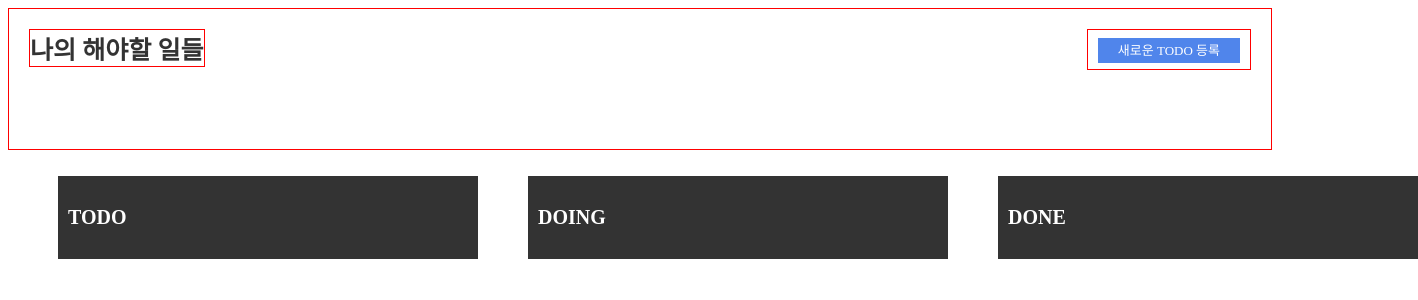
Repository: estellechoi/jsp-project-todo
Page: http://localhost/todo/MainServlet
The author's editor kept a copy of each file at every save. The page is drawn from the files as they stood at one save, then again after a run of saves.
The browser window is 1280 px wide. The page is 1418 px wide, so the pictures cover 1418 px, including what lies to the right of the window. The pictures show the whole page.
The page is served by Tomcat 9. Other server files are loaded and not shown. Queries for data that is not in the repository find no rows.

Above is the page before, as saved 2019-12-08 07:53:11.

### todo/src/main/webapp/jsp/main.jsp
<%@page import="kr.co.todo.dto.TodoDto"%>
<%@page import="java.util.List"%>
<%@ page language="java" contentType="text/html; charset=UTF-8"
    pageEncoding="UTF-8"%>
<%@ taglib prefix="c" uri="http://java.sun.com/jsp/jstl/core" %>

<!DOCTYPE html>
<html>
<head>
<meta charset="UTF-8">
<title>나의 해야할 일들</title>
<style>
	section {
		display: flex;
	}

	ul {
		margin-left: 10px;
	}

	li {
		list-style-type: none;
		margin-top: 10px;
	}

	header {
  		height: 100px;
 		padding: 20px 20px 20px 20px;
		border: 1px solid red;
	}

	#header_logo {
		color: #333333;
		font-weight: bold;
		font-size: 25px;
		float: left;
		border: 1px solid red;
	}

	#header_btns {
		float: right;
		padding: 10px;
		border: 1px solid red;
	}

	#header_btns > #btn_skyblue_white {
		background: #5085EB;
		color: white;
		padding: 5px 20px;
		text-decoration: none;
		font-size: 13px;
	}

	.type_columns {
		width: 400px;
		padding: 30px 10px;
		background: #333333;
		color: white;
		font-size: 20px;
		font-weight: bold;
	}

	.content_list {
		position: relative;
		width: 400px;
		padding: 20px 10px;
		background: #d2d2d2;
		color: #333333;
	}

	.title {
		font-weight: bold;
		letter-spacing: 2px;
	}

	.content {
		font-size: 13px;
		margin-top: 20px;
	}
	.btn_update {
		position: absolute;
		top: 50px;
		left: 370px;
		text-decoration: none;
		color: #333333;
		font-weight: bold;
	}
	.btn_delete {
		position: absolute;
		top: 50px;
		left: 370px;
		text-decoration: none;
		color: #ED6653;
		font-weight: bold;
	}

</style>
</head>
<body>
	<header>
		<div id="header_logo">나의 해야할 일들</div>
		<nav id="header_btns">
			<a id="btn_skyblue_white" href="TodoFormServlet">새로운 TODO 등록</a>
		</nav>
	</header>
	<!-- section 시작  -->
	<section>
		<!-- TODO -->
		<ul id="todo">
			<li class="type_columns">TODO</li>
			<c:forEach items="${requestScope.getTodos}" var="todoDto">
				<!-- todoDto.type 이 'TODO' 인 것만 출력 -->
				<c:if test="${todoDto.type eq 'TODO'}">
					<li class="content_list" id="${todoDto.id}">
						<span class="title">${todoDto.title}</span> <br />
						<span class="content">등록날짜 : ${todoDto.regDate}, ${todoDto.name}, 우선순위 ${todoDto.sequence}</span>
						<a class="btn_update" href="javascript:updateType('${todoDto.id}', '${todoDto.type}')">변경</a>
					</li>
				</c:if>
			</c:forEach>
		</ul>
		<!-- DOING -->
		<ul id="doing">
			<li class="type_columns">DOING</li>
			<c:forEach items="${requestScope.getTodos}" var="todoDto">
				<!-- 'DOING' 인 것만 출력 -->
				<c:if test="${todoDto.type eq 'DOING'}">
					<li class="content_list" id="${todoDto.id}">
						<span class="title">${todoDto.title}</span> <br />
						<span class="content">등록날짜 : ${todoDto.regDate}, ${todoDto.name}, 우선순위 ${todoDto.sequence}</span>
						<a class="btn_update" href="javascript:updateType('${todoDto.id}', '${todoDto.type}')">완료</a>
					</li>
				</c:if>
			</c:forEach>
		</ul>
		<!-- DONE -->
		<ul id="done">
			<li class="type_columns">DONE</li>
			<c:forEach items="${requestScope.getTodos}" var="todoDto">
				<!-- 'DONE' 인 것만 -->
				<c:if test="${todoDto.type eq 'DONE'}">
					<li class="content_list" id="${todoDto.id}">
						<span class="title">${todoDto.title}</span> <br />
						<span class="content">등록날짜 : ${todoDto.regDate}, ${todoDto.name}, 우선순위 ${todoDto.sequence}</span>
						<a class="btn_delete" href="javascript:updateType('${todoDto.id}', '${todoDto.type}')">지우기</a>
					</li>
				</c:if>
			</c:forEach>
		</ul>
	</section>
	<!-- js 경로를 찾을 때 ContextPath 넣지 않는 방법은 ? -->
	<script type="text/javascript" src="<%=request.getContextPath()%>/etc/updatelist.js"></script>
</body>
</html>

### todo/src/main/java/kr/co/todo/servlet/MainServlet.java
package kr.co.todo.servlet;

import java.io.IOException;
import java.sql.SQLException;
import java.util.List;

import javax.servlet.RequestDispatcher;
import javax.servlet.ServletException;
import javax.servlet.annotation.WebServlet;
import javax.servlet.http.HttpServlet;
import javax.servlet.http.HttpServletRequest;
import javax.servlet.http.HttpServletResponse;

import kr.co.todo.dao.TodoDao;
import kr.co.todo.dto.TodoDto;

@WebServlet("/MainServlet")
public class MainServlet extends HttpServlet {
	private static final long serialVersionUID = 1L;

	public MainServlet() {
		super();

	}

	protected void doGet(HttpServletRequest request, HttpServletResponse response)
			throws ServletException, IOException {

		TodoDao todoDao = new TodoDao();

		// 모든 레코드 조회
		List<TodoDto> list = todoDao.getTodos();
		request.setAttribute("getTodos", list);

		// main.jsp 로 포워드 하기
		RequestDispatcher requestDispatcher = request.getRequestDispatcher("/jsp/main.jsp");
		requestDispatcher.forward(request, response);

	}

}

### todo/src/main/java/kr/co/todo/dao/TodoDao.java
package kr.co.todo.dao;

import java.sql.Connection;
import java.sql.DriverManager;
import java.sql.PreparedStatement;
import java.sql.ResultSet;
import java.sql.SQLException;
import java.sql.Statement;
import java.util.ArrayList;
import java.util.List;

import kr.co.todo.dto.TodoDto;

public class TodoDao {

	String dbUrl = "jdbc:mysql://localhost:3306/youjin?useSSL=false&serverTimezone=UTC&autoReconnection=true";
	String dbUser = "estellechoi";
	String dbPwd = "yk0425";

	// Main.jsp 에 표시될 전체 toto 목록
	public List<TodoDto> getTodos() {

		// 드라이버 로드
		try {
			Class.forName("com.mysql.cj.jdbc.Driver");
		} catch (ClassNotFoundException e) {
			e.printStackTrace();
		}

		List<TodoDto> list = new ArrayList<TodoDto>();

		String sql = "select id, name, regdate, sequence, title, type from todo";

		try (Connection conn = DriverManager.getConnection(dbUrl, dbUser, dbPwd);
				Statement stmt = conn.createStatement()){

			try (ResultSet rs = stmt.executeQuery(sql)) {
				while (rs.next()) {
					TodoDto todoDto = new TodoDto(rs.getInt("id"), rs.getString("name"), rs.getString("regdate"), rs.getInt("sequence"), rs.getString("title"), rs.getString("type"));
					list.add(todoDto);
				}
			}
			catch (Exception e) {
				e.printStackTrace();
			}
		}
		catch (Exception e) {
			e.printStackTrace();
		}

		return list;
	}

	// 할 일 등록
	public int addTodo(TodoDto todoDto) {

		try {
			Class.forName("com.mysql.cj.jdbc.Driver");
		} catch (ClassNotFoundException e) {
			e.printStackTrace();
		}

		int insertCount = 0;
		String sql = "insert into todo(title, name, sequence, regdate) values(?,?,?, now())";

		try (Connection conn = DriverManager.getConnection(dbUrl, dbUser, dbPwd);
			PreparedStatement pstmt = conn.prepareStatement(sql)) {
				pstmt.setString(1, todoDto.getTitle());
				pstmt.setString(2, todoDto.getName());
				pstmt.setInt(3, todoDto.getSequence());
				insertCount = pstmt.executeUpdate(); // CREATE / DROP 관련 구문에서는 -1 을 반환
		}
		// what about nullpointerexception ?
		catch (SQLException e) {
			e.printStackTrace();
		}

		return insertCount;
	}

	public int updateTodo(TodoDto todoDto) {

		try {
			Class.forName("com.mysql.cj.jdbc.Driver");
		} catch (ClassNotFoundException e) {
			e.printStackTrace();
		}

		int updateCount = 0;
		String sql = "update todo set type = ? where id = ?";

		try (Connection conn = DriverManager.getConnection(dbUrl, dbUser, dbPwd);
				PreparedStatement pstmt = conn.prepareStatement(sql)){
			pstmt.setString(1, todoDto.getType());
			pstmt.setLong(2, todoDto.getId());
			updateCount = pstmt.executeUpdate();
		} catch (SQLException e) {
			e.printStackTrace();
		}

		return updateCount;
	}

	public int deleteTodo(long id) {
		try {
			Class.forName("com.mysql.cj.jdbc.Driver");
		} catch (ClassNotFoundException e) {
			e.printStackTrace();
		}

		int deleteCount =0;
		String sql = "delete from todo where id = " + id;

		try (Connection conn = DriverManager.getConnection(dbUrl, dbUser, dbPwd);
				Statement stmt = conn.createStatement()){
			deleteCount = stmt.executeUpdate(sql);
		}
		catch (SQLException e) {
			e.printStackTrace();
		}

		return deleteCount;
	}
}

### todo/src/main/webapp/etc/updatelist.js
/**
 *
 */

	function updateType(id, type) {

		var oReq = new XMLHttpRequest(); // oReq.UNSENT == 0

		// 이벤트 리스너 콜백함수 등록
		/*
		oReq.addEventListener("load", function() {
			if (this.responseText == "success") {
				// 프론트 처리
			}
		});
		*/

		// onreadystatechange 대신에 onload를 사용해도 됩니다. 요청 완료만 잡아내도 된다면요.
		oReq.onreadystatechange = function() {
			if (oReq.readyState == oReq.DONE) { // 요청이 완료되면 (oReq.DONE == 4)
				if (oReq.status == 200 || oReq.status == 201) {
					if (oReq.responseText == "success") {
						// responseText : 현재까지 읽은 응답의 전체 값을 반환
						// 프론트 처리
						alert(oReq.responseText);
						// 리스트 재정렬 함수 호출
						updateList(id, type);
					}
				}
				else {
					console.error(this.responseText);
				}
			}
		}

		oReq.open("GET", "TodoTypeServlet?id=" + id + "&type=" + type); // oReq.OPENED == 1
		oReq.send(); // oReq.HEADERS_RECEIVED (2) -> LOADING (3) -> DONE (4)
	}

	function updateList(id, type) {
		const targetList = document.getElementById(id);

		switch(type) {
		case "TODO" :
			document.querySelector("#todo").removeChild(targetList);
			document.querySelector("#doing").append(targetList);
			break;
		case "DOING" :
			document.querySelector("#doing").removeChild(targetList);
			document.querySelector("#done").append(targetList);
			break;
		case "DONE" :
			document.querySelector("#done").removeChild(targetList);
			break;
		default:
			break;

		}
	}

After the next 2 saves:
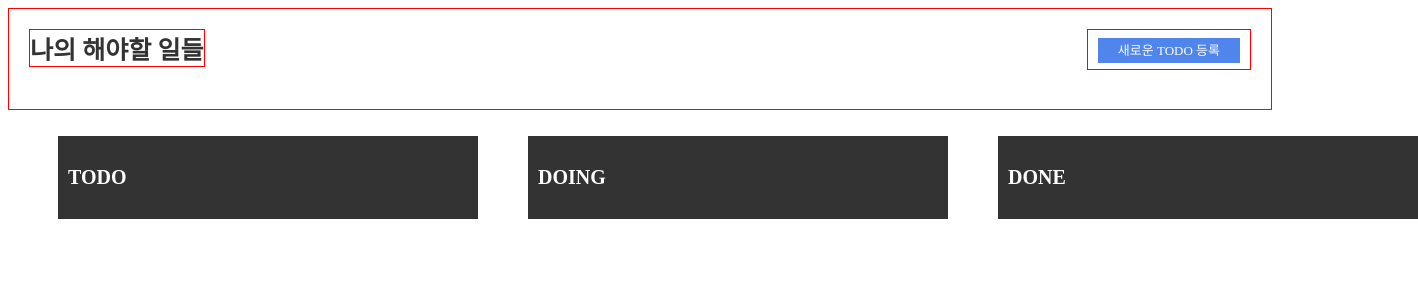
The 2 saves are shown as one change because they came seconds apart.
The last was saved 15 s later.
--- a/todo/src/main/webapp/jsp/main.jsp
+++ b/todo/src/main/webapp/jsp/main.jsp
@@ -24,7 +24,7 @@
 	}
 
 	header {
-  		height: 100px;
+  		height: 60px;
  		padding: 20px 20px 20px 20px;
 		border: 1px solid red;
 	}
